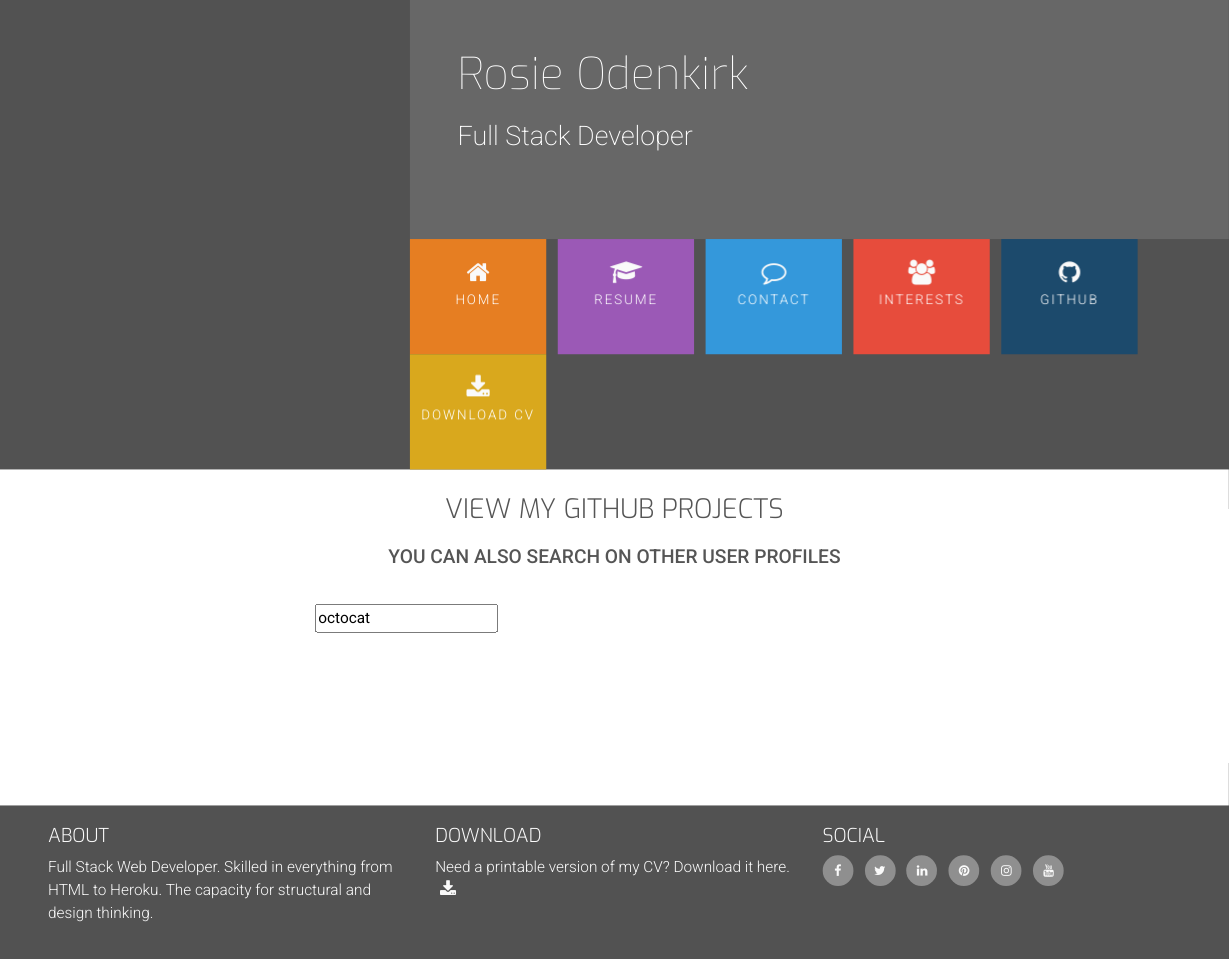
Repository: Heywood93/resume
Page: github.html
The author's editor kept a record of every edit. The page is drawn from the files as they stood at one moment, then again after the next edit.
The browser window is 1280 px wide. The pictures show the whole page, at 96% of full size.
Some web libraries are served in a nearby version.

Above is the page before.
Not found: assets/images/rosie.jpg
Not found: assets/js/github-information.js

After the next edit:
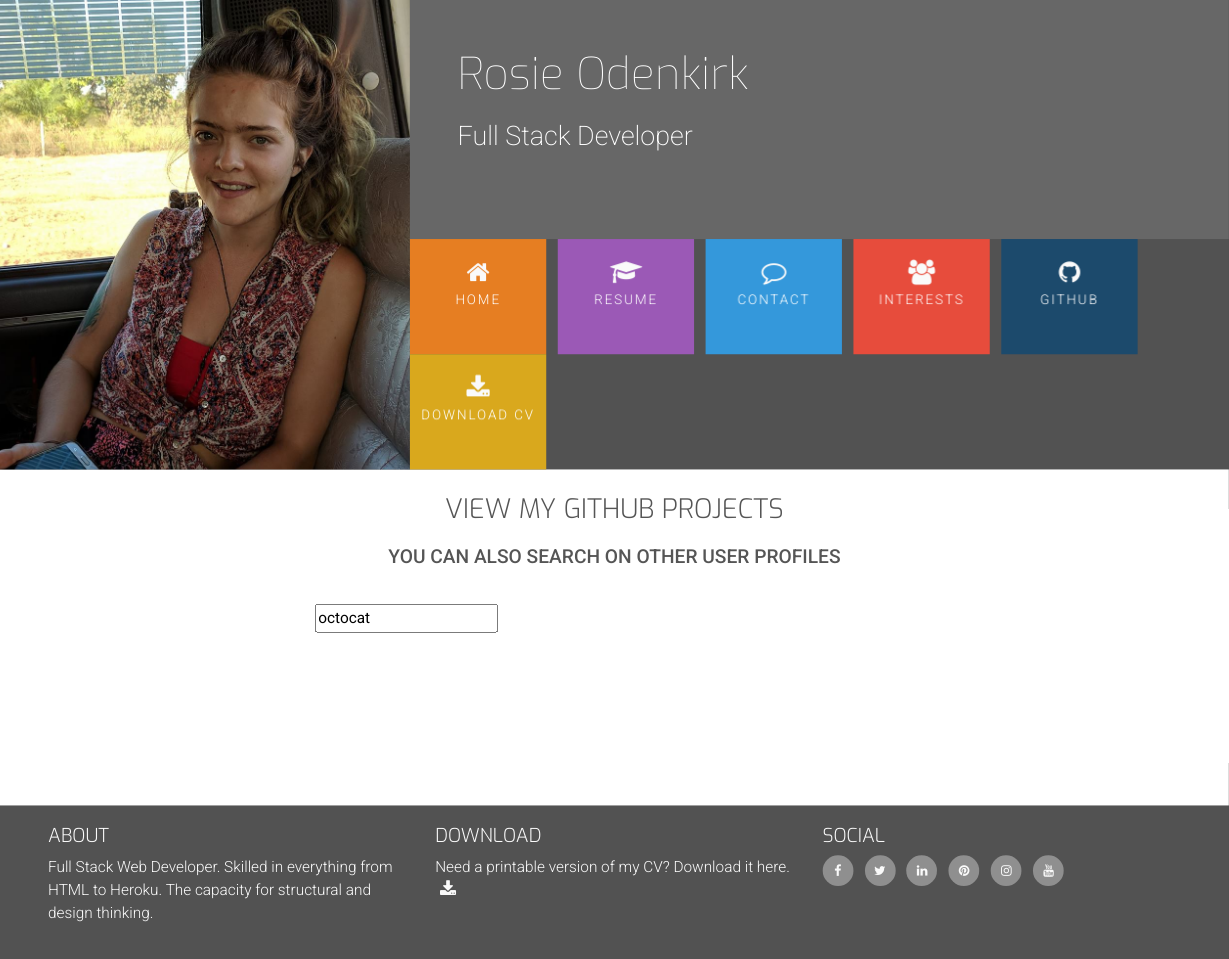
The edit:
--- a/assets/css/style.css
+++ b/assets/css/style.css
@@ -117,7 +117,7 @@
 }
 
 .logo {
-    background: url("../images/rosie.jpg");
+    background: url("../images/profile-picture.jpg");
     background-position: center;
     background-repeat: no-repeat;
     background-size: cover;
